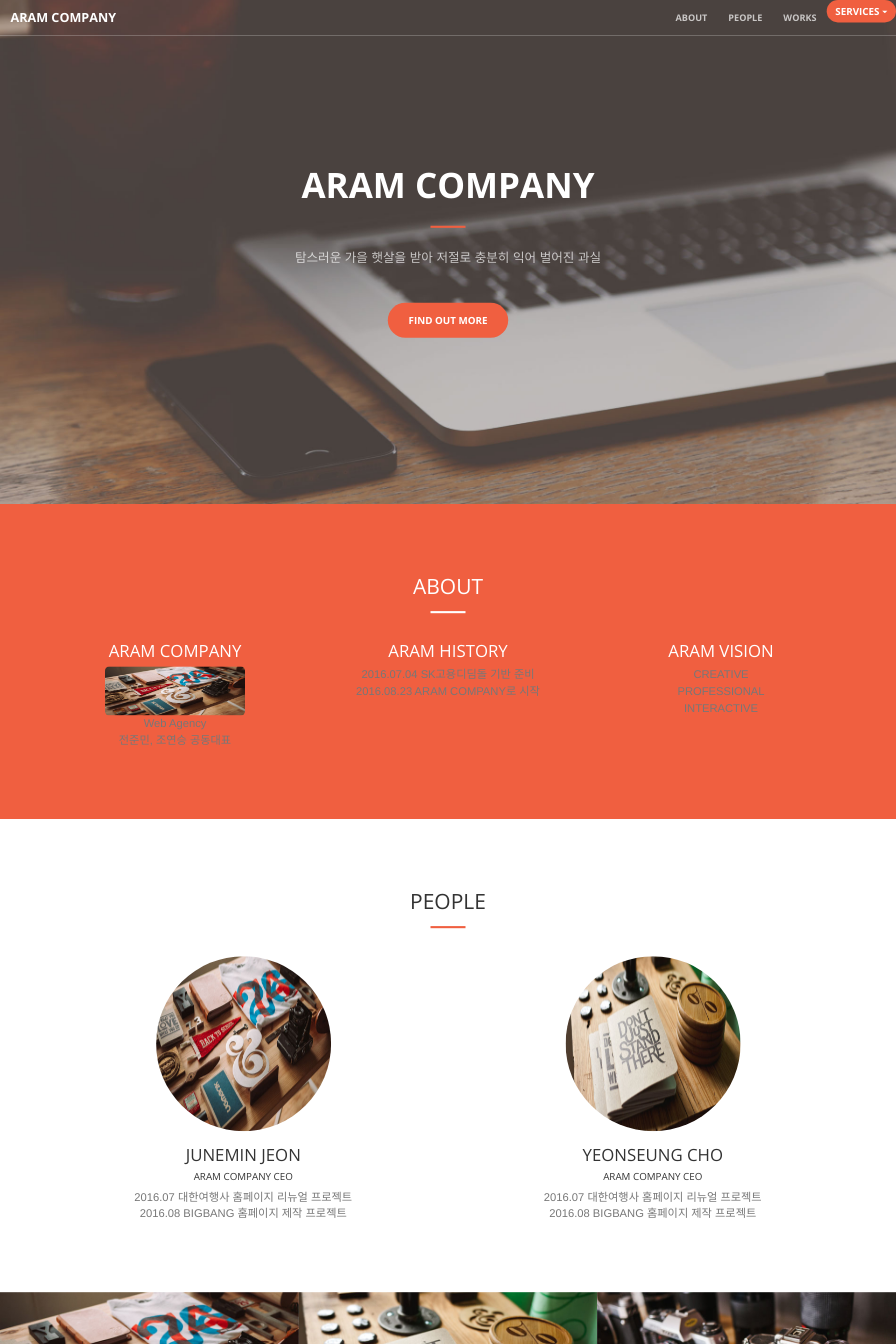
Repository: IreneCho/sk
Page: company/WebContent/startbootstrap-creative-gh-pages/index.html
These files come from the project's save history. The page is drawn as it stood at one moment and after the next save; the edit follows.
The browser window is 1280 px wide. The pictures show the part of the page from y = 0 to 1920 px (the page is 3746 px tall), at 70% of full size.
Some web fonts or font styles are not loaded; a fallback is used.

Above is the page before, as saved 2016-08-22 00:28:07.

After the next save:
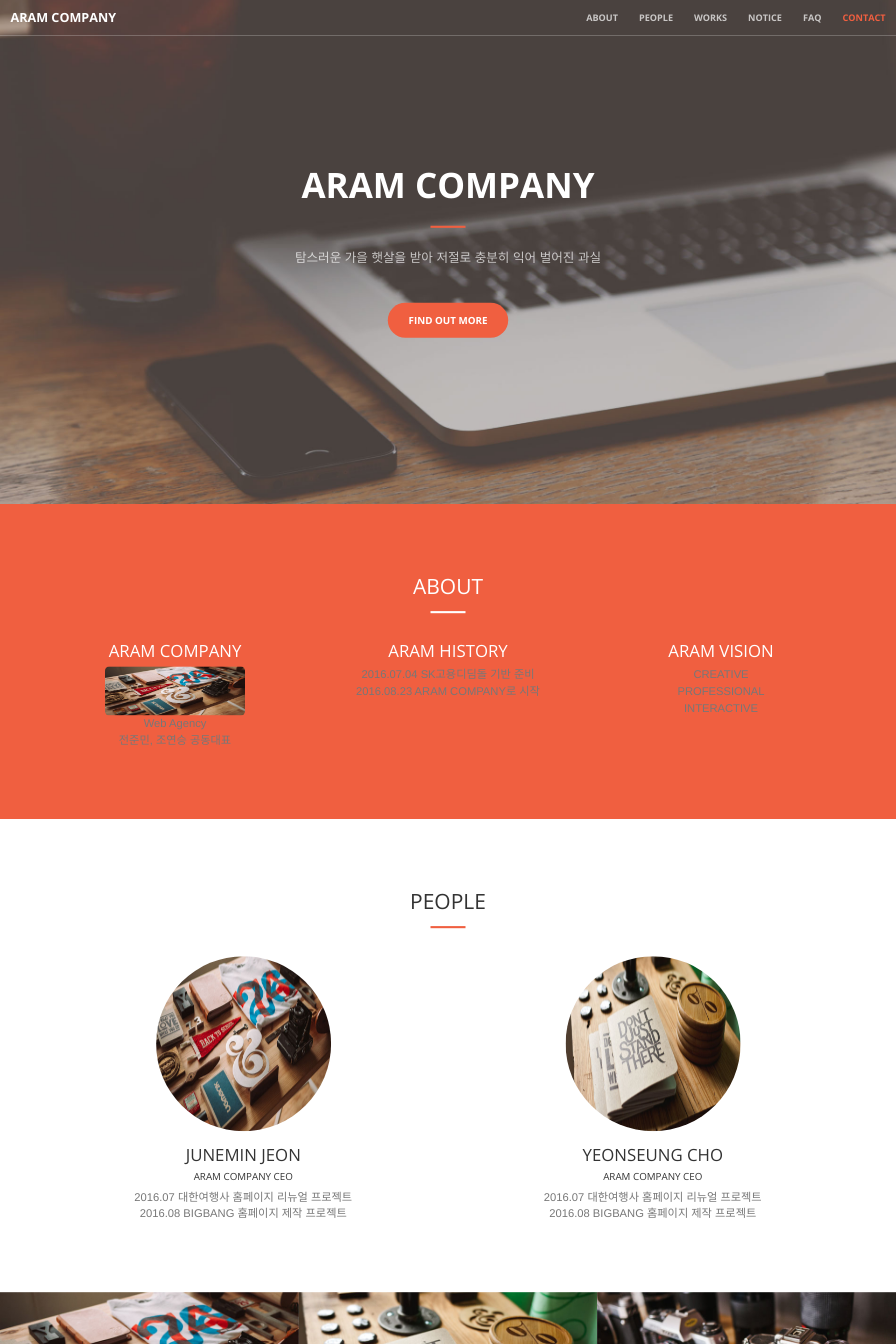
Saved 118 s later.
--- a/company/WebContent/startbootstrap-creative-gh-pages/index.html
+++ b/company/WebContent/startbootstrap-creative-gh-pages/index.html
@@ -50,6 +50,16 @@
                     </li>
                     <li>
                        <!--  <a class="page-scroll" href="#contact">SERVICES</a> -->
+                     <li>
+                    	<a class="page-scroll" href="#notice">NOTICE</a>
+                     </li>
+                     <li>
+                     	<a class="page-scroll" href="#faq">FAQ</a>
+                     </li>
+                     <li>
+                     	<a class="page-scroll" href="#contact">CONTACT</a>
+                     </li>
+                <!--
                         <div class="btn-group">
                    <button type="button" class="btn btn-primary dropdown-toggle" data-toggle="dropdown">
                      SERVICES <span class="caret"></span></button>
@@ -57,7 +67,7 @@
                      <li><a class="page-scroll" href="#notice">NOTICE</a></li>
                      <li><a class="page-scroll" href="#faq">FAQ</a></li>
                      <li><a class="page-scroll" href="#contact">CONTACT</a></li>
-                   </ul>
+                   </ul> -->
                     </div>
 
 
